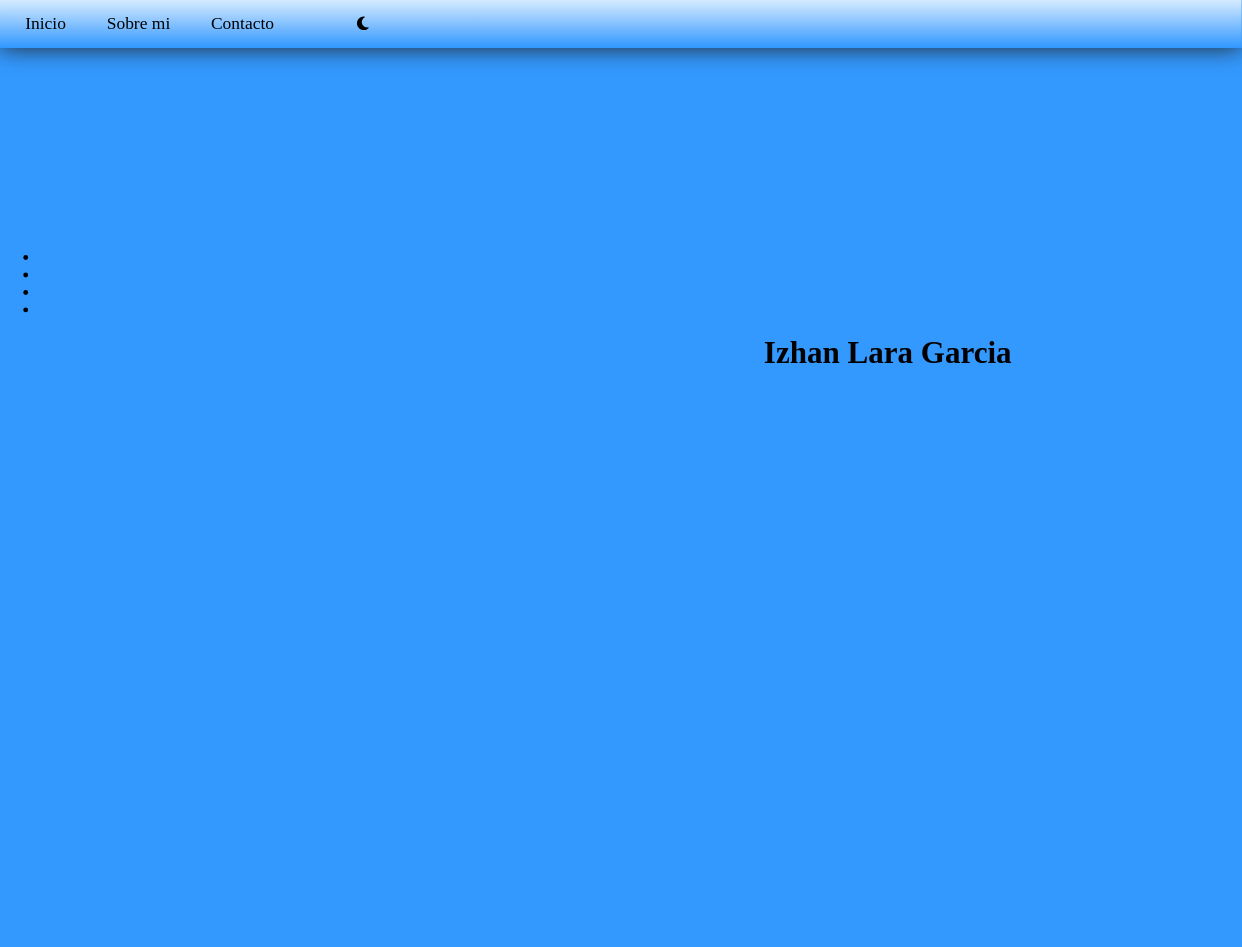
Repository: izhanlaraagarcia/izhanlaraagarcia.github.io
Page: / (app in vite-project/)
These files come from the project's save history. The page is drawn as it stood at one moment and after the next save; the edit follows.
The browser window is 1280 px wide. The pictures show the whole page, at 97% of full size.
The project was rebuilt for these pictures with package versions that can differ from the ones it lists, and the page was loaded fresh each time. Also part of the build but not shown: vite-project/vite.config.js, vite-project/src/pages/About/styles/about.scss, vite-project/src/pages/About/about.jsx, vite-project/src/pages/Contact/contact.jsx.

Above is the page before, as saved 2024-08-19 12:28:17.

### vite-project/index.html
<!doctype html>
<html lang="en">
  <head>
    <meta charset="UTF-8" />
    <meta name="viewport" content="width=device-width, initial-scale=1.0" />
    <title>Izhan Lara Garcia</title>
  </head>
  <body>
    <div id="root"></div>
    <script type="module" src="/src/main.jsx"></script>
  </body>
</html>

### vite-project/src/App.jsx
import React from "react";
import { BrowserRouter as Router, Route, Routes } from "react-router-dom";
import Menu from "./Componentes-Generales/menu.jsx";
import Inicio from "./Home/Inicio.jsx";
import About from "./pages/About/about.jsx";
import Contact from "./pages/Contact/contact.jsx";
import { ThemeProvider } from "./Constants/themaContext.jsx";

import { library } from "@fortawesome/fontawesome-svg-core";
import { fas } from "@fortawesome/free-solid-svg-icons";

library.add(fas);

class App extends React.Component {
  render() {
    return (
      <ThemeProvider>
        <Router>
          <Menu />
          <Routes>
            <Route path="/" element={<Inicio />} />
            <Route path="/sobre-mi" element={<About />} />
            <Route path="/contacto" element={<Contact />} />
          </Routes>
        </Router>
      </ThemeProvider>
    );
  }
}

export default App;

### vite-project/src/index.css
/* :root {
  font-family: Inter, system-ui, Avenir, Helvetica, Arial, sans-serif;
  line-height: 1.5;
  font-weight: 400;

  color-scheme: light dark;
  color: rgba(255, 255, 255, 0.87);
  background-color: #242424;

  font-synthesis: none;
  text-rendering: optimizeLegibility;
  -webkit-font-smoothing: antialiased;
  -moz-osx-font-smoothing: grayscale;
}

a {
  font-weight: 500;
  color: #646cff;
  text-decoration: inherit;
}

a:hover {
  color: #535bf2;
}



h1 {
  font-size: 3.2em;
  line-height: 1.1;
}

button {
  border-radius: 8px;
  border: 1px solid transparent;
  padding: 0.6em 1.2em;
  font-size: 1em;
  font-weight: 500;
  font-family: inherit;
  background-color: #1a1a1a;
  cursor: pointer;
  transition: border-color 0.25s;
}

button:hover {
  border-color: #646cff;
}

button:focus,
button:focus-visible {
  outline: 4px auto -webkit-focus-ring-color;
}

@media (prefers-color-scheme: light) {
  :root {
    color: #213547;
    background-color: #ffffff;
  }

  a:hover {
    color: #747bff;
  }

  button {
    background-color: #f9f9f9;
  }
} */

body {
  right: 0;
  margin: 0%;
  width: 100%;
  margin-top: 20%;
  text-align: center;
  min-width: 320px;
  min-height: 100vh;

}

button {
  border-radius: 8px;
  border: 1px solid transparent;
  padding: 0.6em 1.2em;
  font-size: 1em;
  font-weight: 500;
  font-family: inherit;
  background-color: #1a1a1a;
  cursor: pointer;
  transition: border-color 0.25s;
}

### vite-project/src/Componentes-Generales/menu.jsx
import React from "react";
import { Link } from "react-router-dom";
import "./styles/menu.scss";
import TemaComponent from "./thema";
import { useTheme } from "../Constants/themaContext";

// import { LANGUAGES } from "../Constants/lenguaje";

const Menu = () => {
  const { dark } = useTheme();
  return (
    <header>
      <nav className={`menu ${dark ? 'dark-mode' : 'light-mode'}`}>
        <ul>
          <li>
            <Link to="/">Inicio</Link>
            <i className="fas fa-address-card" aria-hidden="true"></i>
          </li>
          <li>
            <Link to="/sobre-mi">Sobre mi</Link>
          </li>
          <li>
            <Link to="/contacto">Contacto</Link>
          </li>
          <li>
            <TemaComponent />
          </li>
        </ul>
      </nav>
    </header>
  );
};

export default Menu;

### vite-project/src/Home/Inicio.jsx
import React from "react";
import "./Styles/estilos.scss";
import Background from "../Componentes-Generales/background";

import SocialMedia from "../Componentes-Generales/social"

const Inicio = () => {
  return (
    <div className="portfolio">
      <header>
        <h1>Izhan Lara Garcia</h1>
      </header>
      <div className="social-media-container">
        <SocialMedia/>
      </div>
      <Background/>
    </div>
  );
};

export default Inicio;

### vite-project/src/Constants/themaContext.jsx
import React, { createContext, useState, useContext } from "react";

const ThemeContext = createContext();

export const useTheme = () => useContext(ThemeContext);

export const ThemeProvider = ({ children }) => {
  const [dark, setDark] = useState(false);

  const toggleTheme = () => {
    setDark((prevDark) => !prevDark);
  };

  return (
    <ThemeContext.Provider value={{ dark, toggleTheme }}>
      {children}
    </ThemeContext.Provider>
  );
};

### vite-project/src/Componentes-Generales/styles/menu.scss
/* src/Componentes-Generales/styles/menu.css */

nav {
  top: 0;
  right: 0;
  margin: 0;
  padding: 0;
  position: fixed;
  width: 100%;
  background: linear-gradient(to bottom, rgba(255, 255, 255, 0.8), rgba(255, 255, 255, 0)) no-repeat;
  backdrop-filter: blur(5px);
  box-shadow: 0px 0px 25px #222;
  z-index: 10;

}

nav ul {
  list-style-type: none;
  padding: 0;
  margin: 0;
  display: flex;
  align-items: center;
}

nav li {
  margin-left: 10px;
}

nav a {
  display: flex;
  align-items: center;
  text-align: center;
  padding: 14px 16px;
  text-decoration: none;
  font-size: 18px;
  color: inherit;
  position: relative;
  overflow: hidden;
  transition: color 0.3s;
}

nav a:hover {
  color: #00aaff;
}

.fa-icon {
  margin-left: 8px;
}

.light-mode {
  color: black;
}

.dark-mode {
  color: white;
}

body {
  transition: background-color 0.5s, color 0.5s;
}

#tema {
  margin-left: 10px;
}

### vite-project/src/Componentes-Generales/thema.jsx
// TemaComponent.jsx
import React from "react";
import { FontAwesomeIcon } from "@fortawesome/react-fontawesome";
import { faSun, faMoon } from "@fortawesome/free-solid-svg-icons";
import { useTheme } from "../Constants/themaContext"; // Asegúrate de importar correctamente

const TemaComponent = () => {
  const { dark, toggleTheme } = useTheme();

  const handleClick = () => {
    toggleTheme();
    if (dark) {
      document.body.style.backgroundColor = "white";
      document.body.classList.remove("dark-mode");
      document.body.classList.add("light-mode");
    } else {
      document.body.style.backgroundColor = "black";
      document.body.classList.remove("light-mode");
      document.body.classList.add("dark-mode");
    }
  };

  return (
    <button
      id="tema"
      style={{
        cursor: "pointer",
        background: "none",
        border: "none",
        outline: "none",
        marginLeft: "80%",
      }}
      onClick={handleClick}
      aria-label={dark ? "Cambiar al modo claro" : "Cambiar al modo oscuro"}
    >
      <FontAwesomeIcon
        icon={dark ? faSun : faMoon}
        style={{ color: dark ? "white" : "inherit" }}
      />
    </button>
  );
};

export default TemaComponent;

### vite-project/src/Home/Styles/estilos.scss
h1{
  position: absolute;
  top: 45%; right: 0; left:  43%; bottom: 0;
}

### vite-project/src/Componentes-Generales/background.jsx
import React from "react";
import "./styles/background.scss";

class Background extends React.Component {
  render() {
    return (
      <div></div>
    );
  }
}

export default Background;

### vite-project/src/Componentes-Generales/social.jsx
import React from 'react';

import "./styles/timelinecss.scss"

const SocialMedia = () => {
  return (
    <div className="social-media-container">
      <ul>
        <li>
          <a href="https://www.linkedin.com/in/izhan-lara-garcia/" target="_blank" rel="noopener noreferrer">
            <i className="fab fa-linkedin-in" />
          </a>
        </li>
        <li>
          <a href="https://github.com/izhanlg" target="_blank" rel="noopener noreferrer">
            <i className="fab fa-github" />
          </a>
        </li>
        <li>
          <a href="https://twitter.com/izhanlg" target="_blank" rel="noopener noreferrer">
            <i className="fab fa-twitter" />
          </a>
        </li>
        <li>
          <a href="https://www.instagram.com/izhanlg/" target="_blank" rel="noopener noreferrer">
            <i className="fab fa-instagram" />
          </a>
        </li>
        {/* Agrega más redes sociales aquí */}
      </ul>
    </div>
  );
};

export default SocialMedia;

### vite-project/src/Componentes-Generales/styles/background.scss
body{
  background: #3399ff;
}


.circle{
  position: absolute;
  border-radius: 50%;
  background: white;
  animation: ripple 15s infinite;
  box-shadow: 0px 0px 1px 0px #508fb9;
}

.small{
  width: 200px;
  height: 200px;
  left: -100px;
  bottom: -100px;
}

.medium{
  width: 400px;
  height: 400px;
  left: -200px;
  bottom: -200px;
}

.large{
  width: 600px;
  height: 600px;
  left: -300px;
  bottom: -300px;
}

.xlarge{
  width: 800px;
  height: 800px;
  left: -400px;
  bottom: -400px;
}

.xxlarge{
  width: 1000px;
  height: 1000px;
  left: -500px;
  bottom: -500px;
}

.shade1{
  opacity: 0.2;
}
.shade2{
  opacity: 0.5;
}

.shade3{
  opacity: 0.7;
}

.shade4{
  opacity: 0.8;
}

.shade5{
  opacity: 0.9;
}

@keyframes ripple{
  0%{
    transform: scale(0.8);
  }

  50%{
    transform: scale(1.2);
  }

  100%{
    transform: scale(0.8);
  }
}

### vite-project/src/Componentes-Generales/styles/timelinecss.scss
.social-media-container{
    margin-top: 20%;
}

Loaded but not shown: vite-project/src/main.jsx (common file)

After the next save:
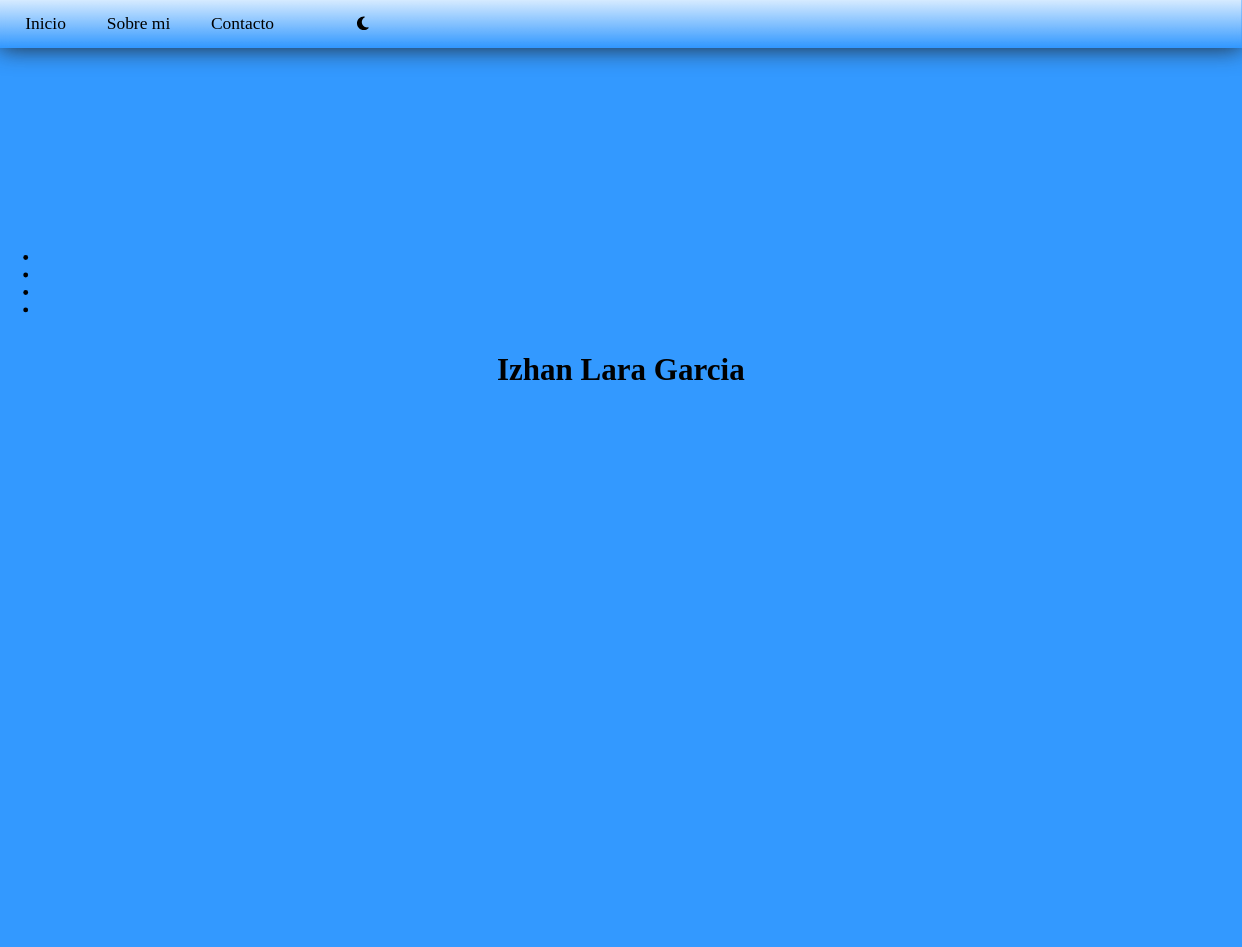
Saved 40 s later.
--- a/vite-project/src/Home/Styles/estilos.scss
+++ b/vite-project/src/Home/Styles/estilos.scss
@@ -1,4 +1,11 @@
-h1{
+h1 {
+  text-align: center;
+}
+
+h1 {
   position: absolute;
-  top: 45%; right: 0; left:  43%; bottom: 0;
+  top: 50%;
+  left: 50%;
+  transform: translate(-50%, -50%);
+  text-align: center;
 }
